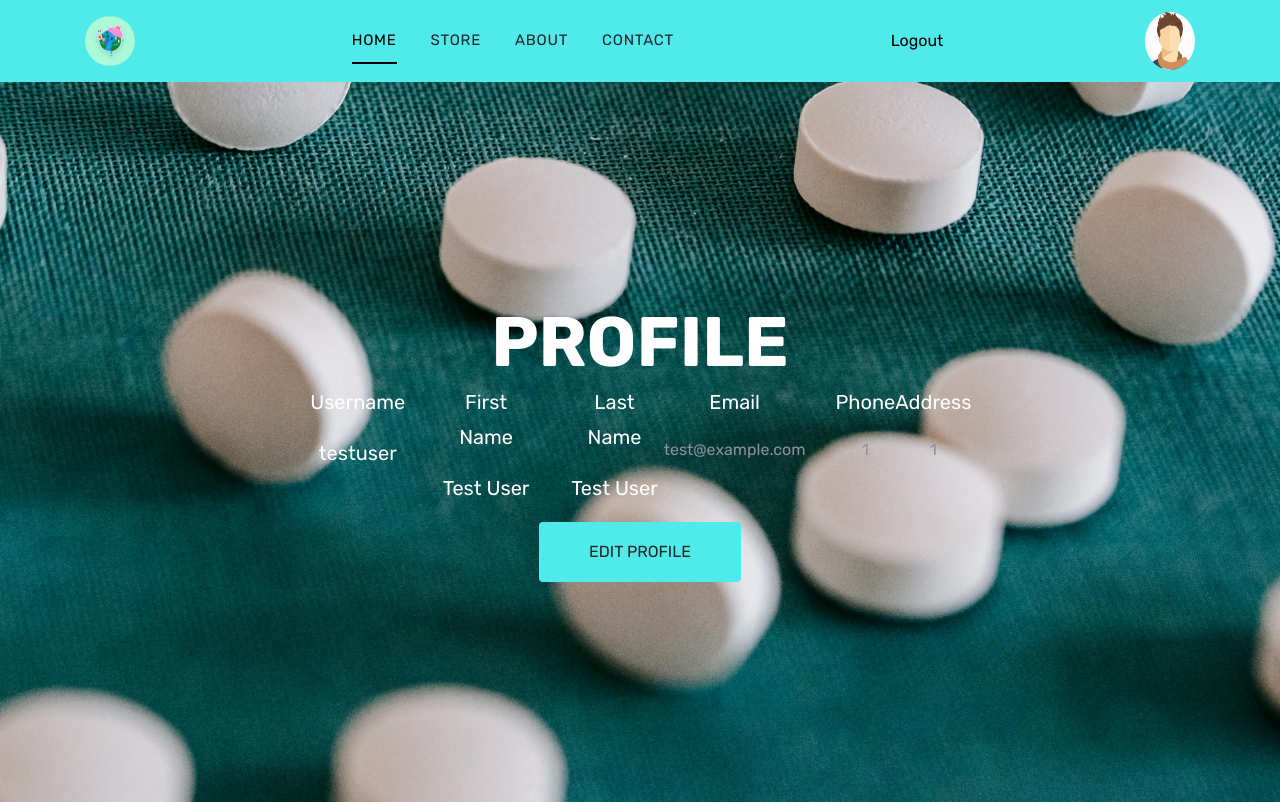
Repository: Argivist/Web-Doctor
Page: http://localhost/view/profile.php
The author's editor kept a copy of each file at every save. The page is drawn from the files as they stood at one save, then again after the next save.
The browser window is 1280 px wide. The pictures show the whole page.
Some web fonts or font styles are not loaded; a fallback is used. The page is run by PHP 8.4 with error messages shown; the project is at /var/www/html/. The session is filled in as if someone had signed in: {"id": 1, "username": "testuser", "fname": "Test User", "lname": "Test User", "email": "test@example.com", "phone": 1, "address": 1}. Other server files are loaded and not shown.

Above is the page before, as saved 2024-02-20 21:16:42.

### view/profile.php
<?php
include "../settings/connection.php";
session_start();
// if (!isset($_SESSION['id'])) {
//     header("Location: ../login/login.php");
// }
?>
<!DOCTYPE html>
<html lang="en">

<head>
    <meta charset="UTF-8">
    <meta name="viewport" content="width=device-width, initial-scale=1.0">
    <title>Document</title>


    <link href="https://fonts.googleapis.com/css?family=Rubik:400,700|Crimson+Text:400,400i" rel="stylesheet">
    <link rel="stylesheet" href="fonts/icomoon/style.css">
    <link rel="stylesheet" href="../css/bootstrap.min.css">
    <link rel="stylesheet" href="../css/magnific-popup.css">
    <link rel="stylesheet" href="../css/jquery-ui.css">
    <link rel="stylesheet" href="../css/owl.carousel.min.css">
    <link rel="stylesheet" href="../css/owl.theme.default.min.css">
    <link rel="stylesheet" href="../css/style.css">
    <link rel="stylesheet" href="../css/aos.css">
</head>

<body>
    <div class="site-wrap">

        <!--Navigation Bar-->
        <div class="site-navbar bg-primary py-2">
            <div class="container">
                <div class="d-flex align-items-center justify-content-between">
                    <div class="logo">
                        <div class="site-logo">
                            <a href="home.php" class="js-logo-clone"><img src="../img/logo/logo.png" style="width:50px; border-radius:50px;" alt="logo" /></a>
                        </div>
                    </div>
                    <div class="main-nav d-lg-block">
                        <nav class="site-navigation text-right text-md-center" role="navigation">
                            <ul class="site-menu js-clone-nav d-lg-block">
                                <li class="active"><a href="home.php">Home</a></li>
                                <li><a href="shop.php">Store</a></li>
                                <li><a href="aboutus.html">About</a></li>
                                <li><a href="contact.html">Contact</a></li>
                            </ul>
                        </nav>
                    </div>
                    <?php
                    if (isset($_SESSION['id'])) {
                        echo "<div class='logout'><a href='../actions/logout.php'>Logout</a></div>";
                    } else {
                        echo "<div class='login'><a href='../login/login.php'>Sign in</a></div>";
                    } ?>
                    <div class="profile">
                        <a href="
                        <?php
                        if (isset($_SESSION['id'])) {
                            echo "profile.php";
                        } else {
                            echo "../login/login.php";
                        }
                        ?>
                        "><img src="
                        <?php
                        if (isset($_SESSION['id'])) {
                            echo "../img/profile.jpg";
                        } else {
                            echo "../img/default_profile.jpg";
                        }
                        ?>
                        " alt="Image" class="rounded-circle" style="width:50px; border-radius:50px;"></a>
                    </div>
                </div>
            </div>
        </div>

        <!--Main Content-->
        <!--Image By: Photo by Alex Green: https://www.pexels.com/photo/pile-of-white-spilled-pills-5699514/-->
        <div class="site-blocks-cover" style="background-image: url('../img/background/pharmacy_1.jpg');">
            <div class="container">
                <div class="row">
                    <div class="col-lg-7 mx-auto order-lg-2 align-self-center">
                        <div class="site-block-cover-content text-center">
                            <!--Profile page-->
                            <h1 class="mb-0">Profile</h1>
                            <div class="row justify-content-center">
                                <div class="row">
                                    <div class="col">
                                        <p>Username</p><p><?php
                                                        echo $_SESSION['username'];
                                                        ?></p>
                                    </div>
                                    <div class="col">
                                        <p>First Name</p><p><?php
                                                            echo $_SESSION['fname'];
                                                            ?></p>
                                    </div>
                                    <div class="col">
                                        <p>Last Name</p><p><?php
                                                            echo $_SESSION['lname'];
                                                            ?></p>
                                    </div>
                                </div>

                                <div class="row">
                                    <div class="col">
                                        <p>Email</p><?php
                                                    echo $_SESSION['email'];
                                                    ?>
                                    </div>
                                    <div class="col">
                                        <p>Phone</p><?php
                                                    echo $_SESSION['phone'];
                                                    ?>
                                    </div>
                                </div>
                                <div class="row">
                                    <div class="col">
                                        <p>Address</p><?php
                                                        echo $_SESSION['address'];
                                                        ?>
                                    </div>
                                </div>
                                <div class="row">
                                    <div class="col">
                                        <a href="edit_profile.php" class="btn btn-primary px-5 py-3">Edit Profile</a>
                                    </div>
                            </div>
                        </div>
                    </div>
                </div>
            </div>
</body>

</html>

### settings/connection.php
<?php
$server="localhost:3307";
$user="root";
$passwd="root";
$db="web_doc";

$conn=mysqli_connect($server,$user,$passwd,$db) or die("Connection failed :: ".$conn->error);
?>

Loaded but not shown: css/bootstrap.min.css (library); css/magnific-popup.css (library); css/jquery-ui.css (library); css/owl.carousel.min.css (common file); css/owl.theme.default.min.css (common file); css/aos.css (library); css/style.css (1125 lines, source omitted)

After the next save:
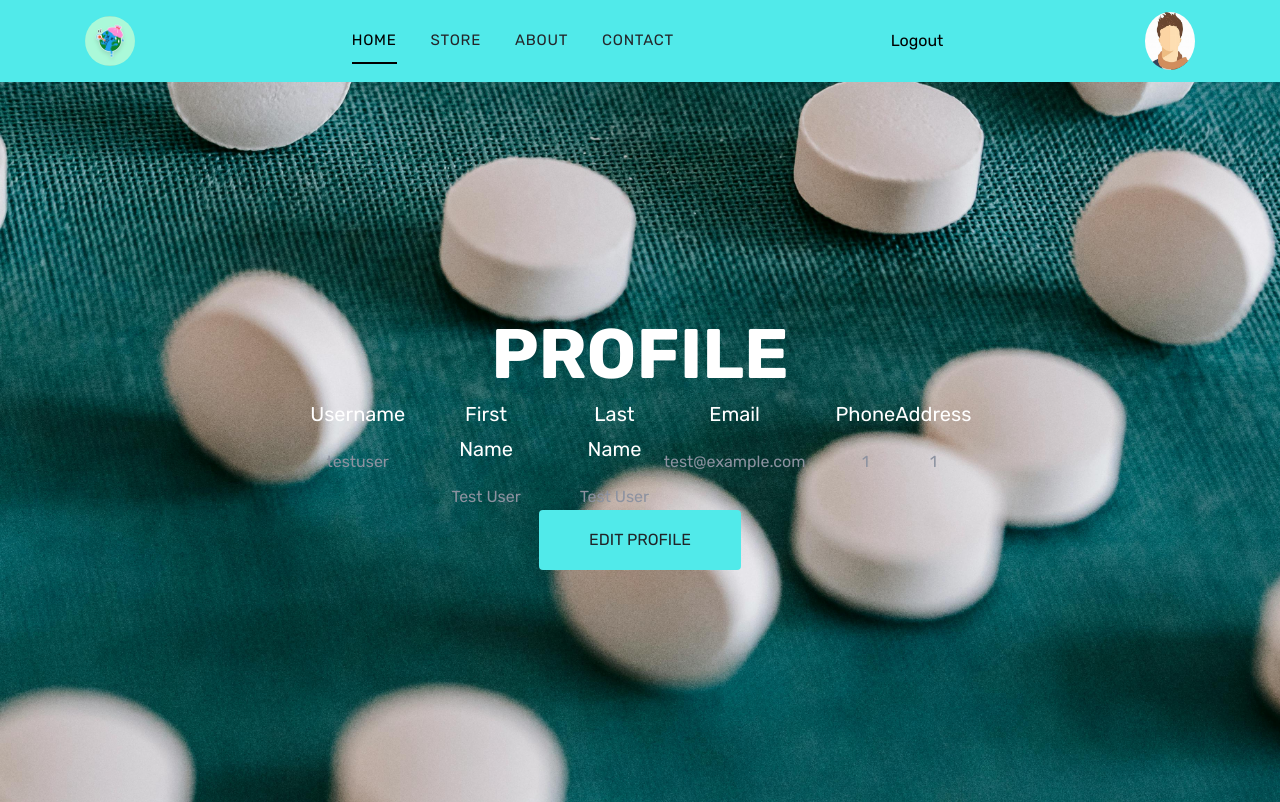
Saved 27 s later.
--- a/view/profile.php
+++ b/view/profile.php
@@ -88,19 +88,19 @@ session_start();
                             <div class="row justify-content-center">
                                 <div class="row">
                                     <div class="col">
-                                        <p>Username</p><p><?php
+                                        <p>Username</p><?php
                                                         echo $_SESSION['username'];
-                                                        ?></p>
+                                                        ?>
                                     </div>
                                     <div class="col">
-                                        <p>First Name</p><p><?php
+                                        <p>First Name</p><?php
                                                             echo $_SESSION['fname'];
-                                                            ?></p>
+                                                            ?>
                                     </div>
                                     <div class="col">
-                                        <p>Last Name</p><p><?php
+                                        <p>Last Name</p><?php
                                                             echo $_SESSION['lname'];
-                                                            ?></p>
+                                                            ?>
                                     </div>
                                 </div>
 
